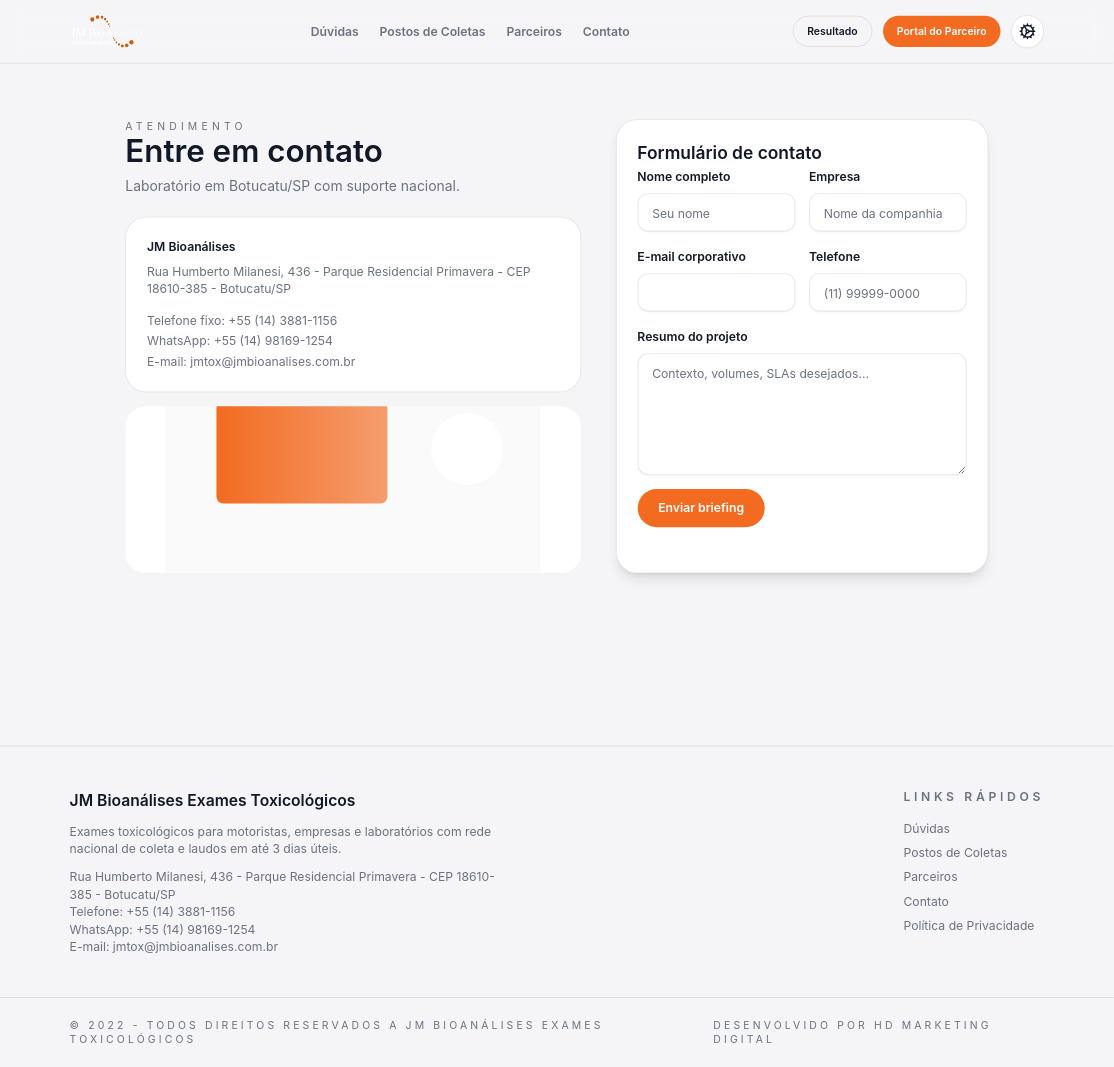
Repository: 1xLab/cat1
Page: /contato
An editor plug-in stored every save of this project. The page is shown before and after the next save, followed by the edit.
The browser window is 1280 px wide. The pictures show the whole page, at 87% of full size.
The page's requests for data from a server got no answer. The project was rebuilt for these pictures with package versions that can differ from the ones it lists, and the page was loaded fresh each time. The framework's server and built-in components were replaced by stand-ins that run in the browser. No one was signed in, and anything a server would have sent is missing. Also part of the build but not shown: next.config.ts.

Above is the page before, as saved 2025-11-19 21:52:56.

### src/app/layout.tsx
import type { Metadata } from "next";
import { Geist, Geist_Mono } from "next/font/google";
import "./globals.css";

import { Header } from "@/components/layout/header";
import { Footer } from "@/components/layout/footer";
import { baseMetadata } from "@/lib/seo";
import { LabSchema } from "@/components/seo/lab-schema";
import { TagManager } from "@/components/analytics/tag-manager";

const geistSans = Geist({
  variable: "--font-geist-sans",
  subsets: ["latin"],
});

const geistMono = Geist_Mono({
  variable: "--font-geist-mono",
  subsets: ["latin"],
});

export const metadata: Metadata = baseMetadata;

export default function RootLayout({
  children,
}: Readonly<{
  children: React.ReactNode;
}>) {
  return (
    <html lang="pt-BR" data-theme="sunrise">
      <body className={`${geistSans.variable} ${geistMono.variable} antialiased`}>
        <TagManager />
        <LabSchema />
        <Header />
        <main className="min-h-screen bg-[var(--color-bg)] text-[var(--color-text)]">
          {children}
        </main>
        <Footer />
      </body>
    </html>
  );
}

### src/app/contato/page.tsx
import Image from "next/image";
import type { Metadata } from "next";
import { ContactForm } from "@/components/forms/contact-form";
import { siteConfig } from "@/lib/site";

const channels = [
  { label: "Telefone fixo", value: siteConfig.contacts.phone },
  { label: "WhatsApp", value: siteConfig.contacts.mobile },
  { label: "E-mail", value: siteConfig.contacts.email },
];

export const metadata: Metadata = {
  title: "Contato | JM Tox",
};

const illustration = "/imagens/illustration-contato-clean.svg";

export default function ContatoPage() {
  return (
    <section className="mx-auto max-w-5xl px-4 py-16">
      <div className="grid gap-10 lg:grid-cols-[1.1fr_0.9fr]">
        <div>
          <p className="text-xs uppercase tracking-[0.4em] text-[var(--color-text-muted)]">
            Atendimento
          </p>
          <h1 className="text-4xl font-semibold text-[var(--color-text)]">
            Entre em contato
          </h1>
          <p className="mt-2 text-[var(--color-text-muted)]">
            Laboratório em Botucatu/SP com suporte nacional.
          </p>
          <div className="mt-6 flex flex-col gap-4">
            <div className="rounded-3xl border border-[var(--color-outline)] bg-[var(--color-surface)] p-6">
              <p className="text-sm font-semibold text-[var(--color-text)]">
                JM Bioanálises
              </p>
              <p className="mt-2 text-sm text-[var(--color-text-muted)]">
                {siteConfig.address}
              </p>
              <div className="mt-4 space-y-1 text-sm text-[var(--color-text-muted)]">
                {channels.map((channel) => (
                  <p key={channel.label}>
                    {channel.label}: {channel.value}
                  </p>
                ))}
              </div>
            </div>
            <div className="relative h-48 rounded-3xl">
              <Image
                src={illustration}
                alt="Atendimento para motoristas"
                fill
                className="rounded-3xl object-cover"
                sizes="(min-width: 768px) 400px, 100vw"
              />
            </div>
          </div>
        </div>
        <div className="rounded-3xl border border-[var(--color-outline)] bg-[var(--color-surface)] p-6 shadow-lg">
          <h2 className="text-xl font-semibold text-[var(--color-text)]">
            Formulário de contato
          </h2>
          <ContactForm />
        </div>
      </div>
    </section>
  );
}

### src/app/globals.css
@tailwind base;
@tailwind components;
@tailwind utilities;

:root {
  --color-bg: #f5f5f7;
  --color-surface: #ffffff;
  --color-text: #111827;
  --color-text-muted: #6b7280;
  --color-primary: #f26b21;
  --color-primary-dark: #c65310;
  --color-header: #050608;
  --color-outline: rgba(15, 23, 42, 0.1);
}

[data-theme="sunrise"] {
  --color-bg: #f5f5f7;
  --color-surface: #ffffff;
  --color-text: #111827;
  --color-text-muted: #6b7280;
  --color-primary: #f26b21;
  --color-primary-dark: #c65310;
  --color-header: #050608;
}

[data-theme="midnight"] {
  --color-bg: #050608;
  --color-surface: #111827;
  --color-text: #f9fafb;
  --color-text-muted: #9ca3af;
  --color-primary: #f26b21;
  --color-primary-dark: #f26b21;
  --color-header: #000000;
  --color-outline: rgba(255, 255, 255, 0.1);
}

[data-theme="clinical"] {
  --color-bg: #f3f6fb;
  --color-surface: #ffffff;
  --color-text: #0f172a;
  --color-text-muted: #3f4d63;
  --color-primary: #2563eb;
  --color-primary-dark: #1d4ed8;
  --color-header: #0f172a;
  --color-outline: rgba(15, 23, 42, 0.08);
}

[data-theme="high-contrast"] {
  --color-bg: #000000;
  --color-surface: #000000;
  --color-text: #ffffff;
  --color-text-muted: #f3f4f6;
  --color-primary: #ffbf00;
  --color-primary-dark: #f59e0b;
  --color-header: #000000;
  --color-outline: rgba(255, 255, 255, 0.2);
}

[data-theme="dark"] {
  --color-bg: #111436;
  --color-surface: rgba(255, 255, 255, 0.08);
  --color-text: #fefefe;
  --color-text-muted: #d4ddff;
  --color-primary: #f97316;
  --color-primary-dark: #ea580c;
  --color-header: rgba(17, 20, 54, 0.9);
  --color-outline: rgba(255, 255, 255, 0.2);
}

@layer base {
  * {
    box-sizing: border-box;
  }

  body {
    background: var(--color-bg);
    color: var(--color-text);
    font-family: "Inter", system-ui, -apple-system, BlinkMacSystemFont,
      "Segoe UI", sans-serif;
    min-height: 100vh;
  }
}

@layer utilities {
  .text-balance {
    text-wrap: balance;
  }

  .glass-panel {
    background: color-mix(in srgb, var(--color-surface) 90%, transparent);
    backdrop-filter: blur(18px);
    border: 1px solid color-mix(in srgb, var(--color-outline) 80%, transparent);
    border-radius: 1.5rem;
    box-shadow: 0 15px 45px rgba(15, 23, 42, 0.12);
  }
}

### src/components/layout/header.tsx
import Image from "next/image";
import Link from "next/link";
import { ThemeSwitcher } from "@/components/theme-switcher";
import { Button } from "@/components/ui/button";

const navItems = [
  { label: "Dúvidas", href: "/duvidas-frequentes" },
  { label: "Postos de Coletas", href: "/postos-de-coletas" },
  { label: "Parceiros", href: "/parceiros" },
  { label: "Contato", href: "/contato" },
];

export function Header() {
  return (
    <header className="sticky top-0 z-40 border-b border-[var(--color-outline)] bg-[var(--color-header)]/15 backdrop-blur-md">
      <div className="container mx-auto flex max-w-6xl items-center justify-between gap-4 px-4 py-4">
        <Link href="/" className="flex items-center gap-3">
          <Image
            src="/logo-jm-bioanalises-branco.png"
            alt="JM Bioanálises"
            width={150}
            height={42}
            className="h-10 w-auto"
            priority
          />
          <span className="sr-only">JM Bioanálises</span>
        </Link>
        <nav className="hidden items-center gap-6 text-sm font-semibold text-[var(--color-text-muted)] lg:flex">
          {navItems.map((item) => (
            <Link
              key={item.href}
              href={item.href}
              className="transition hover:text-[var(--color-text)]"
            >
              {item.label}
            </Link>
          ))}
        </nav>
        <div className="flex items-center gap-3">
          <Button asChild variant="outline" size="sm">
            <Link href="/duvidas-frequentes#resultado-online">Resultado</Link>
          </Button>
          <Button asChild size="sm">
            <Link href="/parceiros">Portal do Parceiro</Link>
          </Button>
          <ThemeSwitcher />
        </div>
      </div>
      <div className="border-t border-[var(--color-outline)] bg-[var(--color-header)] px-4 py-3 lg:hidden">
        <nav className="flex flex-wrap gap-3 text-sm font-semibold text-[var(--color-text-muted)]">
          {navItems.map((item) => (
            <Link
              key={item.href}
              href={item.href}
              className="rounded-full border border-gray-600 px-3 py-1 transition hover:border-[var(--color-primary)] hover:text-white"
            >
              {item.label}
            </Link>
          ))}
        </nav>
      </div>
    </header>
  );
}

### src/components/layout/footer.tsx
import Link from "next/link";

import { siteConfig } from "@/lib/site";

const quickLinks = [
  { label: "Dúvidas", href: "/duvidas-frequentes" },
  { label: "Postos de Coletas", href: "/postos-de-coletas" },
  { label: "Parceiros", href: "/parceiros" },
  { label: "Contato", href: "/contato" },
  { label: "Política de Privacidade", href: "/politica-de-privacidade" },
];

export function Footer() {
  return (
    <footer className="mt-16 border-t border-[var(--color-outline)] bg-[var(--color-surface)]/95">
      <div className="mx-auto flex max-w-6xl flex-col gap-8 px-4 py-12 md:flex-row md:justify-between">
        <div className="max-w-lg space-y-3">
          <p className="text-lg font-semibold text-[var(--color-text)]">
            {siteConfig.name}
          </p>
          <p className="text-sm text-[var(--color-text-muted)]">
            {siteConfig.description}
          </p>
          <div className="text-sm text-[var(--color-text-muted)]">
            <p>{siteConfig.address}</p>
            <p>Telefone: {siteConfig.contacts.phone}</p>
            <p>WhatsApp: {siteConfig.contacts.mobile}</p>
            <p>E-mail: {siteConfig.contacts.email}</p>
          </div>
        </div>
        <div>
          <p className="text-sm font-semibold uppercase tracking-[0.3em] text-[var(--color-text-muted)]">
            Links rápidos
          </p>
          <ul className="mt-4 space-y-2 text-sm">
            {quickLinks.map((link) => (
              <li key={link.href}>
                <Link
                  href={link.href}
                  className="text-[var(--color-text-muted)] transition hover:text-[var(--color-text)]"
                >
                  {link.label}
                </Link>
              </li>
            ))}
          </ul>
        </div>
      </div>
      <div className="border-t border-[var(--color-outline)]">
        <div className="mx-auto flex max-w-6xl flex-col gap-2 px-4 py-6 text-xs uppercase tracking-[0.3em] text-[var(--color-text-muted)] md:flex-row md:items-center md:justify-between">
          <p>
            © 2022 - Todos Direitos Reservados a JM Bioanálises Exames Toxicológicos
          </p>
          <p>Desenvolvido por HD Marketing Digital</p>
        </div>
      </div>
    </footer>
  );
}

### src/lib/seo.ts
import type { Metadata } from "next";
import { siteConfig } from "./site";

type SEOParams = {
  title?: string;
  description?: string;
  path?: string;
};

export const baseMetadata: Metadata = {
  metadataBase: new URL(siteConfig.url),
  title: {
    default: `${siteConfig.name} | Laboratório de Toxicologia`,
    template: `%s | ${siteConfig.name}`,
  },
  description: siteConfig.description,
  openGraph: {
    type: "website",
    url: siteConfig.url,
    title: siteConfig.name,
    description: siteConfig.description,
    images: [
      {
        url: siteConfig.ogImage,
        width: 1200,
        height: 630,
        alt: siteConfig.name,
      },
    ],
  },
  twitter: {
    card: "summary_large_image",
    title: siteConfig.name,
    description: siteConfig.description,
    images: [siteConfig.ogImage],
  },
  icons: {
    icon: "/favicon.ico",
  },
};

export const generatePageMetadata = ({
  title,
  description,
  path = "",
}: SEOParams): Metadata => ({
  ...baseMetadata,
  title,
  description,
  alternates: {
    canonical: path ? `${siteConfig.url}${path}` : siteConfig.url,
  },
});

### src/components/seo/lab-schema.tsx
export function LabSchema() {
  const jsonLd = {
    "@context": "https://schema.org",
    "@type": "MedicalOrganization",
    name: "JM Bioanálises Exames Toxicológicos",
    url: "https://jmtox.com.br",
    address: {
      "@type": "PostalAddress",
      streetAddress:
        "Rua Humberto Milanesi, 436 - Parque Residencial Primavera",
      addressLocality: "Botucatu",
      addressRegion: "SP",
      postalCode: "18610-385",
      addressCountry: "BR",
    },
    contactPoint: {
      "@type": "ContactPoint",
      telephone: "+55-14-3881-1156",
      contactType: "customer service",
      availableLanguage: ["Portuguese", "English"],
    },
    sameAs: ["https://www.linkedin.com/company/jmbioanalises"],
    medicalSpecialty: ["Toxicologic"],
  };

  return (
    <script
      type="application/ld+json"
      dangerouslySetInnerHTML={{ __html: JSON.stringify(jsonLd) }}
    />
  );
}

### src/components/analytics/tag-manager.tsx
"use client";

import Script from "next/script";

export function TagManager() {
  const id = process.env.NEXT_PUBLIC_GTM_ID;
  if (!id) return null;

  return (
    <>
      <Script id="gtm-loader">
        {`
          (function(w,d,s,l,i){w[l]=w[l]||[];w[l].push({'gtm.start':
          new Date().getTime(),event:'gtm.js'});var f=d.getElementsByTagName(s)[0],
          j=d.createElement(s),dl=l!='dataLayer'?'&l='+l:'';j.async=true;j.src=
          'https://www.googletagmanager.com/gtm.js?id='+i+dl;f.parentNode.insertBefore(j,f);
          })(window,document,'script','dataLayer','${id}');
        `}
      </Script>
      <noscript>
        <iframe
          src={`https://www.googletagmanager.com/ns.html?id=${id}`}
          height="0"
          width="0"
          style={{ display: "none", visibility: "hidden" }}
        />
      </noscript>
    </>
  );
}

### src/lib/site.ts
export const siteConfig = {
  name: "JM Bioanálises Exames Toxicológicos",
  description:
    "Exames toxicológicos para motoristas, empresas e laboratórios com rede nacional de coleta e laudos em até 3 dias úteis.",
  url: "https://jmtox.com.br",
  ogImage: "/logo-jm-bioanalises-branco.png",
  social: {
    linkedin: "https://www.linkedin.com/company/jmbioanalises",
    whatsapp: "https://api.whatsapp.com/send?phone=5514981691254",
  },
  contacts: {
    phone: "+55 (14) 3881-1156",
    mobile: "+55 (14) 98169-1254",
    email: "jmtox@jmbioanalises.com.br",
  },
  address:
    "Rua Humberto Milanesi, 436 - Parque Residencial Primavera - CEP 18610-385 - Botucatu/SP",
};

export type SiteConfig = typeof siteConfig;

### src/components/ui/button.tsx
"use client";

import * as React from "react";
import { Slot } from "@radix-ui/react-slot";
import { cva, type VariantProps } from "class-variance-authority";

import { cn } from "@/lib/utils";

const buttonVariants = cva(
  "inline-flex items-center justify-center whitespace-nowrap rounded-full text-sm font-semibold transition focus-visible:outline-none focus-visible:ring-2 focus-visible:ring-[var(--color-primary)] disabled:pointer-events-none disabled:opacity-60",
  {
    variants: {
      variant: {
        default:
          "bg-[var(--color-primary)] text-white hover:bg-[var(--color-primary-dark)]",
        secondary:
          "bg-[var(--color-surface)] text-[var(--color-text)] border border-[var(--color-outline)] hover:border-[var(--color-primary)]",
        outline:
          "border border-[var(--color-outline)] text-[var(--color-text)] hover:border-[var(--color-primary)] hover:text-[var(--color-text)]",
        ghost: "text-[var(--color-text)] hover:bg-[var(--color-outline)]/30",
        link: "underline-offset-4 text-[var(--color-primary)] hover:underline",
      },
      size: {
        default: "h-11 px-6",
        sm: "h-9 px-4 text-xs",
        lg: "h-12 px-8 text-base",
        icon: "h-10 w-10",
      },
    },
    defaultVariants: {
      variant: "default",
      size: "default",
    },
  }
);

export interface ButtonProps
  extends React.ButtonHTMLAttributes<HTMLButtonElement>,
    VariantProps<typeof buttonVariants> {
  asChild?: boolean;
}

const Button = React.forwardRef<HTMLButtonElement, ButtonProps>(
  ({ className, variant, size, asChild = false, ...props }, ref) => {
    const Comp = asChild ? Slot : "button";
    return (
      <Comp
        className={cn(buttonVariants({ variant, size, className }))}
        ref={ref}
        {...props}
      />
    );
  }
);
Button.displayName = "Button";

export { Button, buttonVariants };

### src/components/ui/input.tsx
import * as React from "react";
import { cn } from "@/lib/utils";

export type InputProps = React.InputHTMLAttributes<HTMLInputElement>;

const Input = React.forwardRef<HTMLInputElement, InputProps>(
  ({ className, type, ...props }, ref) => {
    return (
      <input
        type={type}
        className={cn(
          "flex h-11 w-full rounded-xl border border-[var(--color-outline)] bg-[var(--color-surface)] px-4 py-2 text-sm text-[var(--color-text)] shadow-sm transition placeholder:text-[var(--color-text-muted)] focus-visible:border-[var(--color-primary)] focus-visible:outline-none",
          className
        )}
        ref={ref}
        {...props}
      />
    );
  }
);
Input.displayName = "Input";

export { Input };

### src/components/ui/textarea.tsx
import * as React from "react";
import { cn } from "@/lib/utils";

export type TextareaProps =
  React.TextareaHTMLAttributes<HTMLTextAreaElement>;

const Textarea = React.forwardRef<HTMLTextAreaElement, TextareaProps>(
  ({ className, ...props }, ref) => {
    return (
      <textarea
        className={cn(
          "flex min-h-[140px] w-full rounded-xl border border-[var(--color-outline)] bg-[var(--color-surface)] px-4 py-3 text-sm text-[var(--color-text)] shadow-sm transition placeholder:text-[var(--color-text-muted)] focus-visible:border-[var(--color-primary)] focus-visible:outline-none",
          className
        )}
        ref={ref}
        {...props}
      />
    );
  }
);
Textarea.displayName = "Textarea";

export { Textarea };

### src/components/ui/label.tsx
"use client";

import * as React from "react";
import * as LabelPrimitive from "@radix-ui/react-label";
import { cn } from "@/lib/utils";

const Label = React.forwardRef<
  React.ElementRef<typeof LabelPrimitive.Root>,
  React.ComponentPropsWithoutRef<typeof LabelPrimitive.Root>
>(({ className, ...props }, ref) => (
  <LabelPrimitive.Root
    ref={ref}
    className={cn(
      "text-sm font-semibold text-[var(--color-text)] leading-none peer-disabled:cursor-not-allowed peer-disabled:opacity-70",
      className
    )}
    {...props}
  />
));
Label.displayName = LabelPrimitive.Root.displayName;

export { Label };

### src/lib/validators.ts
import { z } from "zod";

export const contactSchema = z.object({
  name: z.string().min(3, "Informe seu nome completo."),
  company: z.string().optional(),
  email: z.string().email("E-mail inválido."),
  phone: z.string().min(10, "Telefone inválido."),
  message: z.string().min(10, "Detalhe sua necessidade."),
});

export const resultsSchema = z.object({
  document: z.string().min(11, "Informe CPF ou CNPJ."),
  protocol: z.string().min(6, "Protocolo inválido."),
});

### src/lib/utils.ts
import { type ClassValue, clsx } from "clsx";
import { twMerge } from "tailwind-merge";

export function cn(...inputs: ClassValue[]) {
  return twMerge(clsx(inputs));
}

export function formatPhone(phone: string) {
  const digits = phone.replace(/\D/g, "");
  const match = digits.match(/^(\d{2})(\d{5})(\d{4})$/);
  if (!match) return phone;
  return `(${match[1]}) ${match[2]}-${match[3]}`;
}

export function slugify(value: string) {
  return value
    .toLowerCase()
    .normalize("NFD")
    .replace(/[\u0300-\u036f]/g, "")
    .replace(/[^a-z0-9]+/g, "-")
    .replace(/(^-|-$)+/g, "");
}

export function formatIsoDate(date: string) {
  return new Date(date).toLocaleDateString("pt-BR", {
    day: "2-digit",
    month: "short",
    year: "numeric",
  });
}

### tailwind.config.ts
import type { Config } from "tailwindcss";
import { fontFamily } from "tailwindcss/defaultTheme";
import animate from "tailwindcss-animate";

const config: Config = {
  darkMode: ["class"],
  content: ["./src/**/*.{ts,tsx}"],
  theme: {
    container: {
      center: true,
      padding: {
        DEFAULT: "1.5rem",
        md: "2rem",
      },
      screens: {
        "2xl": "1320px",
      },
    },
    extend: {
      colors: {
        border: "hsl(var(--border))",
        input: "hsl(var(--input))",
        ring: "hsl(var(--ring))",
        background: "hsl(var(--background))",
        foreground: "hsl(var(--foreground))",
        primary: {
          DEFAULT: "hsl(var(--primary))",
          foreground: "hsl(var(--primary-foreground))",
        },
        secondary: {
          DEFAULT: "hsl(var(--secondary))",
          foreground: "hsl(var(--secondary-foreground))",
        },
        muted: {
          DEFAULT: "hsl(var(--muted))",
          foreground: "hsl(var(--muted-foreground))",
        },
        accent: {
          DEFAULT: "hsl(var(--accent))",
          foreground: "hsl(var(--accent-foreground))",
        },
        destructive: {
          DEFAULT: "hsl(var(--destructive))",
          foreground: "hsl(var(--destructive-foreground))",
        },
        card: {
          DEFAULT: "hsl(var(--card))",
          foreground: "hsl(var(--card-foreground))",
        },
      },
      borderRadius: {
        lg: "var(--radius)",
        md: "calc(var(--radius) - 2px)",
        sm: "calc(var(--radius) - 4px)",
      },
      fontFamily: {
        sans: ["var(--font-geist-sans)", ...fontFamily.sans],
        mono: ["var(--font-geist-mono)", ...fontFamily.mono],
      },
      backgroundImage: {
        "grid-fade":
          "radial-gradient(circle at 20% 20%, hsla(var(--primary),0.25), transparent 55%), radial-gradient(circle at 80% 0%, hsla(var(--accent),0.3), transparent 60%)",
      },
    },
  },
  plugins: [animate],
};

export default config;

Loaded but not shown: src/components/forms/contact-form.tsx (101 lines, source omitted); src/components/theme-switcher.tsx (84 lines, source omitted)

After the next save:
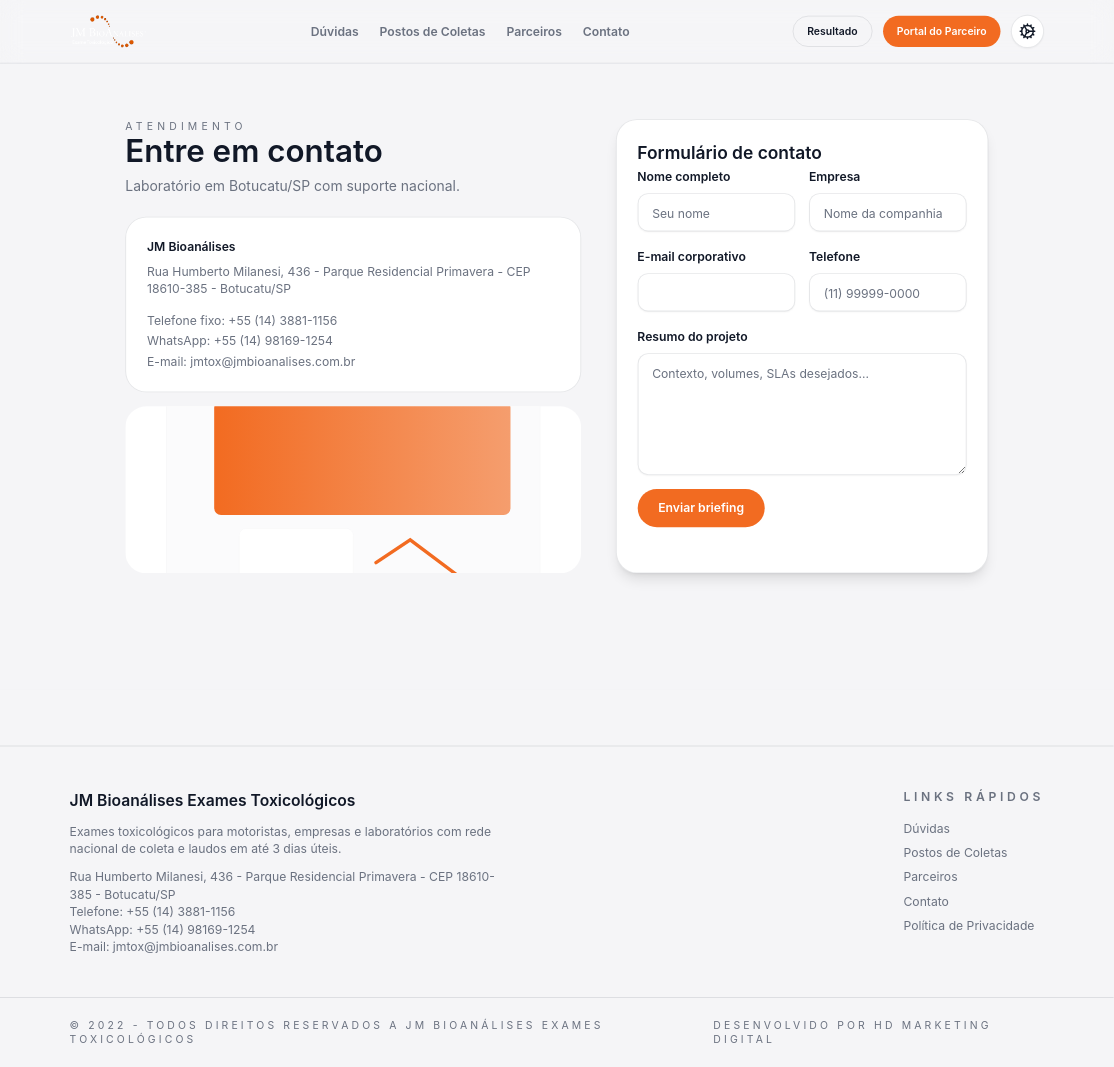
Saved 5 s later.
--- a/src/app/contato/page.tsx
+++ b/src/app/contato/page.tsx
@@ -13,7 +13,7 @@ export const metadata: Metadata = {
   title: "Contato | JM Tox",
 };
 
-const illustration = "/imagens/illustration-contato-clean.svg";
+const illustration = "/imagens/illustration-contato-v2.svg";
 
 export default function ContatoPage() {
   return (
